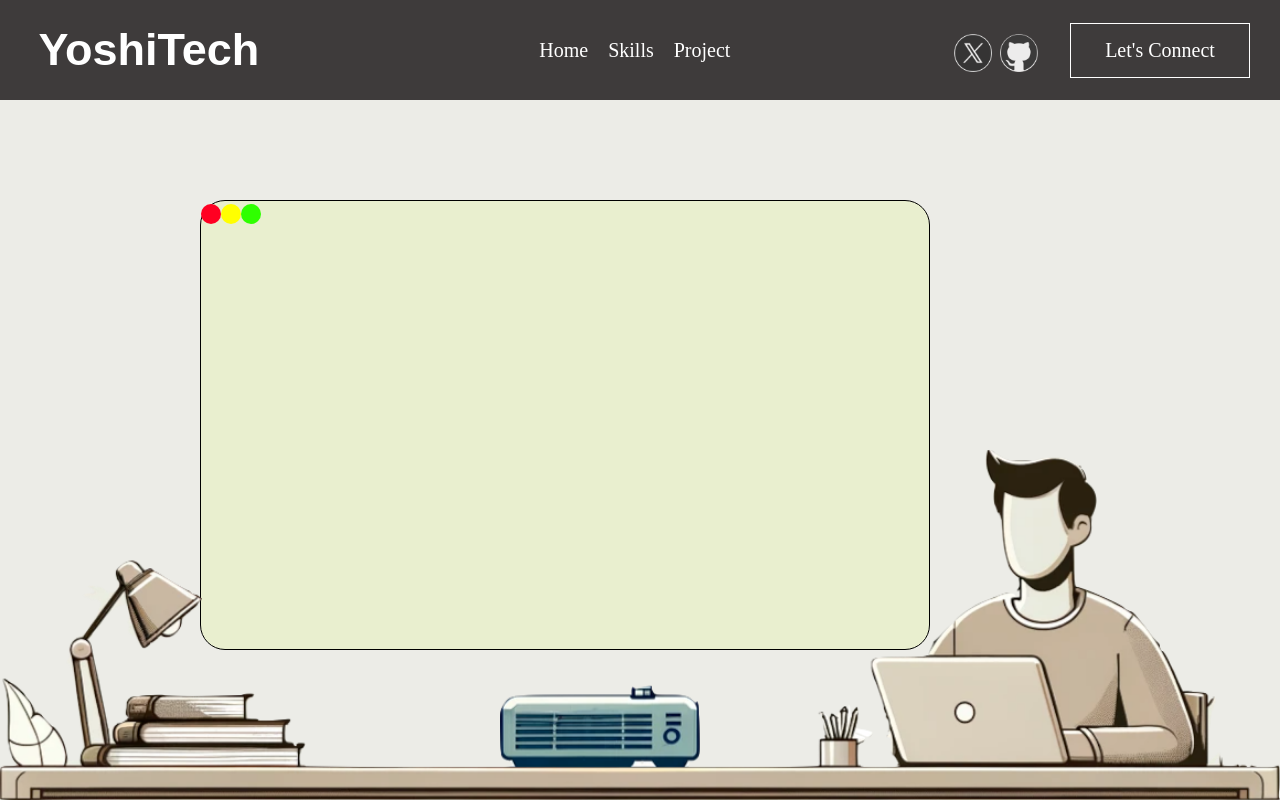
Repository: Yoshiki0418/My_Portfolio
Page: index.html
These files come from the project's save history. The page is drawn as it stood at one moment and after the next save; the edit follows.
The browser window is 1280 px wide. The pictures show the whole page.

Above is the page before, as saved 2024-01-05 21:16:25.

After the next save:
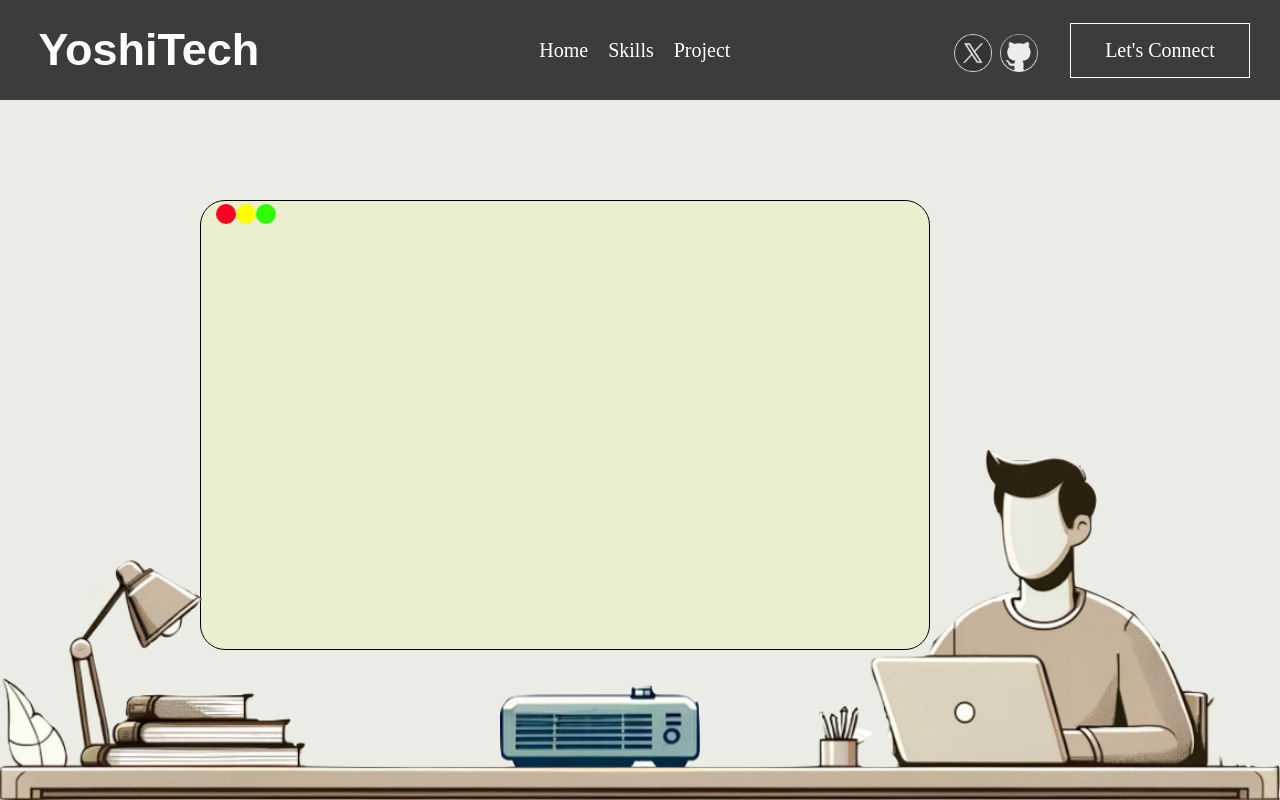
Saved 8 s later.
--- a/style.css
+++ b/style.css
@@ -87,7 +87,7 @@
 	flex-wrap: wrap;
     position: absolute;
     top: 3px;
-
+    left: 15px;
 }
 
 .background{
